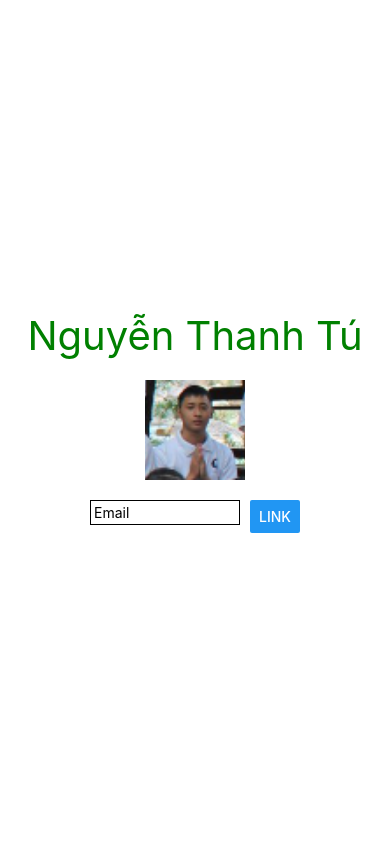
Repository: ntu34543/ReactNativeAndroid
Screen: /
The author's editor kept a copy of each file at every save. The screen is drawn from the files as they stood at one save, then again after the next save.
The app was drawn by React Native's web renderer in a window 390 px wide. The project was rebuilt for these pictures with package versions that can differ from the ones it lists, and the page was loaded fresh each time.

Above is the screen before, as saved 2022-09-23 17:00:09.

After the next save:
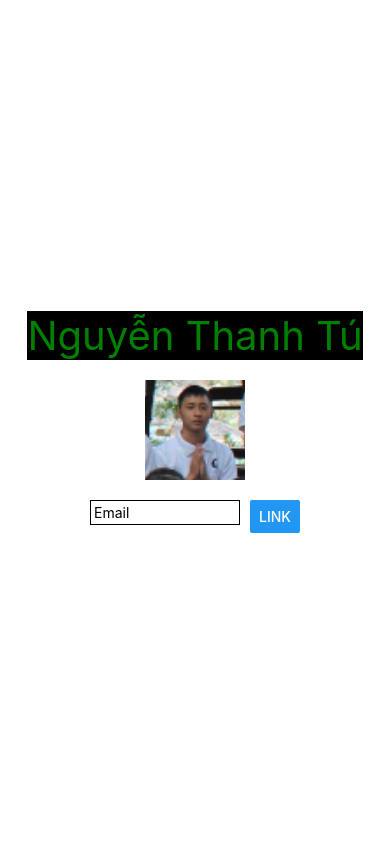
Saved 5 s later.
--- a/App.js
+++ b/App.js
@@ -43,7 +43,7 @@ const styles = StyleSheet.create({
   text: {
     fontSize: 40,
     color: 'green',
-    backgroundColor: 'white',
+    backgroundColor: 'black',
   },
   image: {
     margin: 20,
